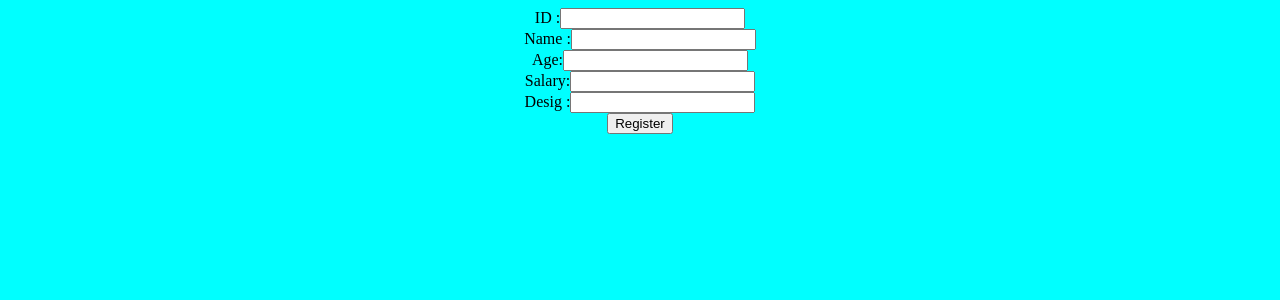
Repository: Thaneshwara848/Hibernate_BackEnd
Page: Register/src/main/webapp/Register.html
The author's editor kept a copy of each file at every save. The page is drawn from the files as they stood at one save, then again after the next save.
The browser window is 1280 px wide. The pictures show the whole page.

Above is the page before, as saved 2022-11-06 17:03:04.

### Register/src/main/webapp/Register.html
<!DOCTYPE html>
<html>
<head>
<meta charset="UTF-8">
<title>Insert title here</title>
</head>
<body bgcolor="cyan">
<center >
	<form action="Register">
		ID :<input type="text" name="uid"><br>
		Name :<input type="text" name="uname"><br>
		Age:<input type="text" name="uage"><br>
		Salary:<input type="text" name="usalary"><br>
		Desig :<input type="text" name="udesig"><br>

		<input type="submit" value="Register">
	</form>
</center>

</body>
</html>

After the next save:
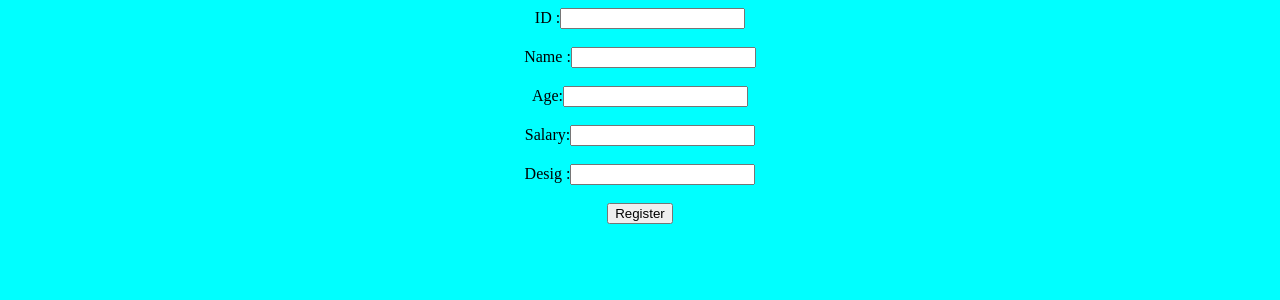
Saved 16 s later.
--- a/Register/src/main/webapp/Register.html
+++ b/Register/src/main/webapp/Register.html
@@ -7,11 +7,11 @@
 <body bgcolor="cyan">
 <center >
 	<form action="Register">
-		ID :<input type="text" name="uid"><br>
-		Name :<input type="text" name="uname"><br>
-		Age:<input type="text" name="uage"><br>
-		Salary:<input type="text" name="usalary"><br>
-		Desig :<input type="text" name="udesig"><br>
+		ID :<input type="text" name="uid"><br><br>
+		Name :<input type="text" name="uname"><br><br>
+		Age:<input type="text" name="uage"><br><br>
+		Salary:<input type="text" name="usalary"><br><br>
+		Desig :<input type="text" name="udesig"><br><br>
 
 		<input type="submit" value="Register">
 	</form>
